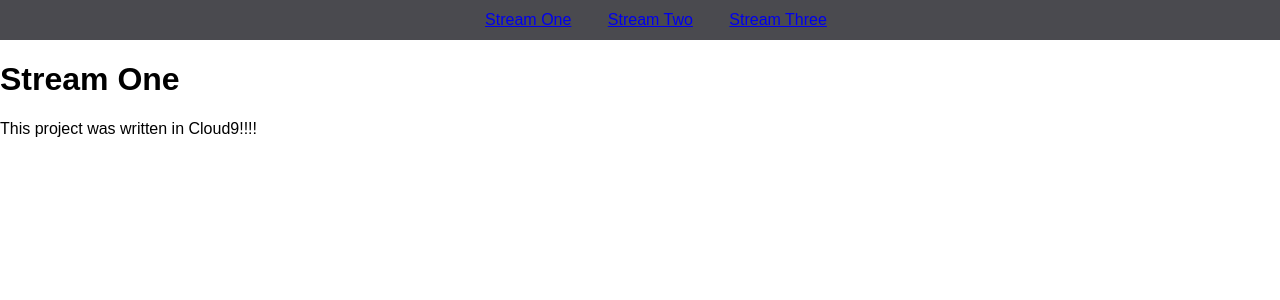
Repository: amybru/my-first-website
Page: stream-one.html
The author's editor kept a record of every edit. The page is drawn from the files as they stood at one moment, then again after the next edit.
The browser window is 1280 px wide. The pictures show the whole page.

Above is the page before.

After the next edit:
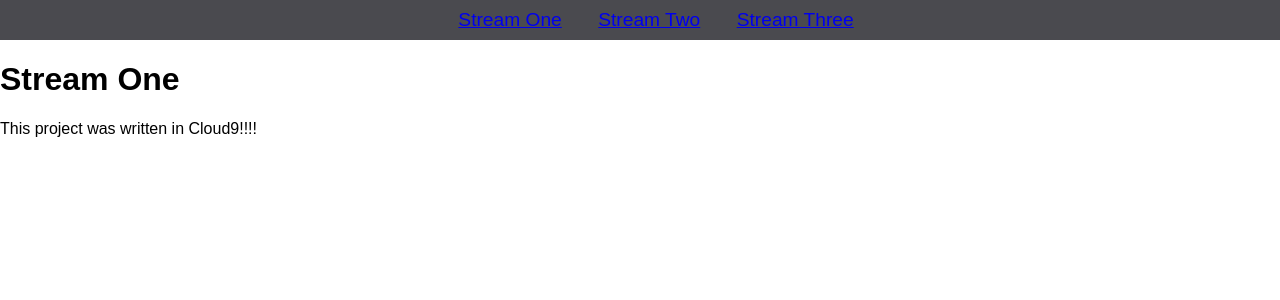
The edit:
--- a/css/style.css
+++ b/css/style.css
@@ -13,7 +13,7 @@
 }
 
 nav li {
-    font-size: 1.2m;
+    font-size: 1.2em;
     line-height: 40px;
     height: 40px;
     display: inline-block;
